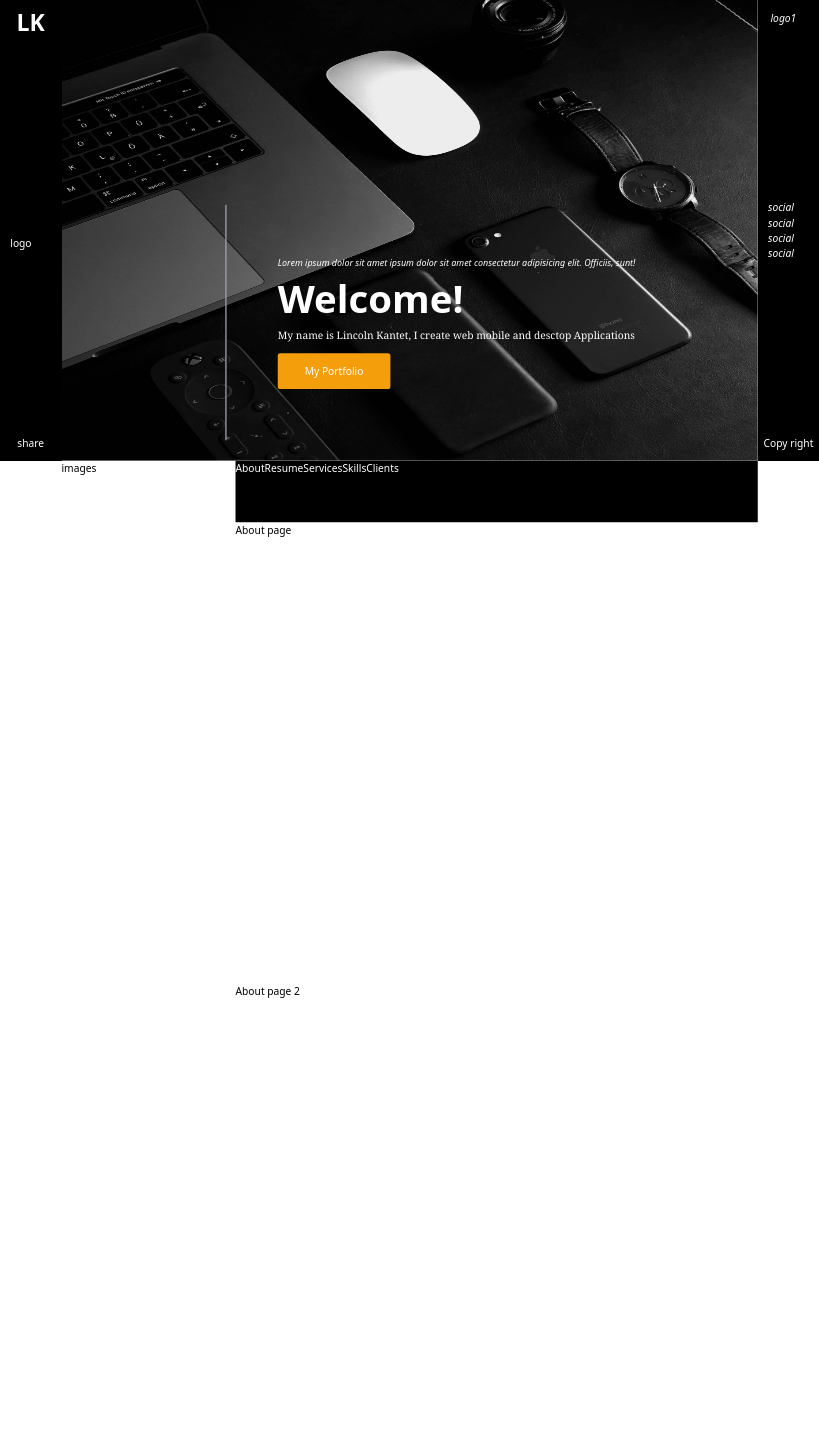
Repository: linco6054/template-tailwindcss
Page: index.html
The author's editor kept a copy of each file at every save. The page is drawn from the files as they stood at one save, then again after a run of saves.
The browser window is 1280 px wide. The pictures show the whole page, at 64% of full size.

Above is the page before, as saved 2021-08-17 17:48:23.

After the next 3 saves:
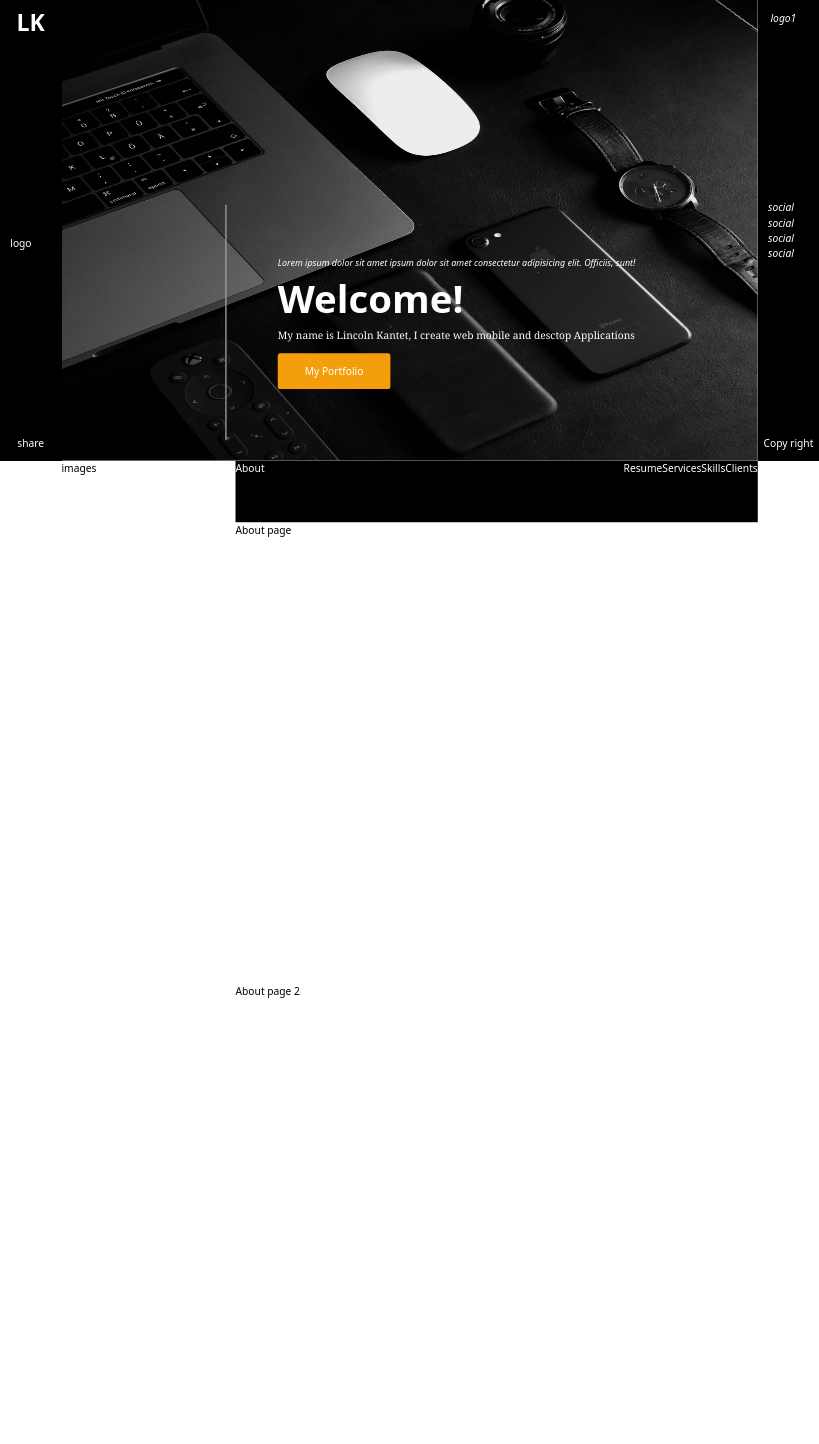
The 3 saves are shown as one change because they came seconds apart.
The last was saved 44 s later.
--- a/index.html
+++ b/index.html
@@ -70,7 +70,7 @@
         <div class="w-1/3 hidden md:block">images</div>
         <div class="w-full">
           <nav class="text-white sticky top-24 h-24 bg-black w-full flex">
-              <a class="" href="about">About</a>
+              <a class="flex-1" href="about">About</a>
               <a href="about">Resume</a>
               <a href="about">Services</a>
               <a href="about">Skills</a>
